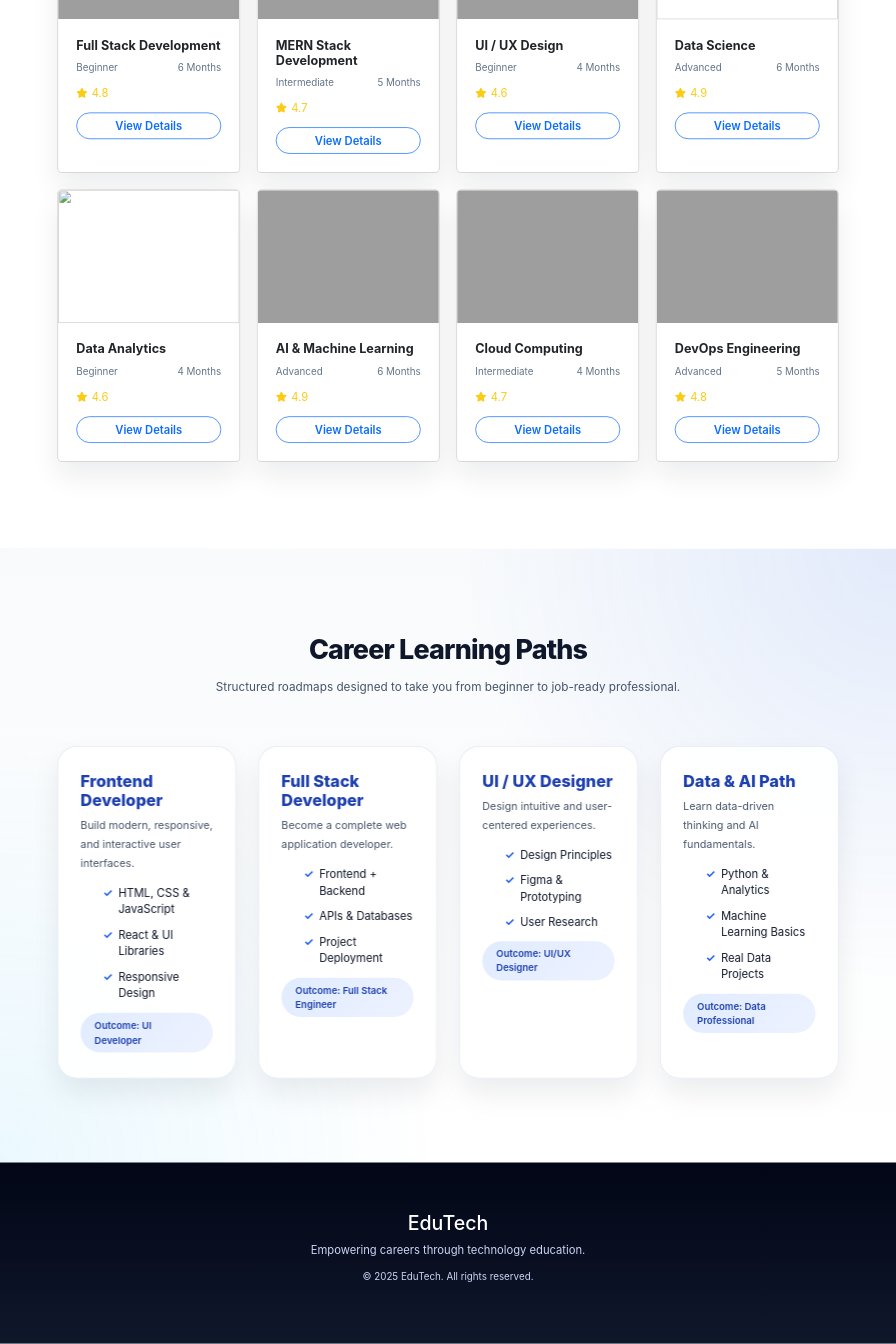
Repository: Aswin74k/project-2
Page: /
The author's editor kept a copy of each file at every save. The page is drawn from the files as they stood at one save, then again after the next save.
The browser window is 1280 px wide. The pictures show the part of the page from y = 1414 to 3334 px (the page is 3334 px tall before and 3075 px after), at 70% of full size.
Pictures or frames that could not be fetched are drawn as grey boxes. The project was rebuilt for these pictures with package versions that can differ from the ones it lists, and the page was loaded fresh each time. Also part of the build but not shown: vite.config.js, src/project/course.css, src/project/Course.jsx, src/project/About.css, src/project/About.jsx, src/project/Enroll.css, src/project/Enroll.jsx, src/project/contact.css and 2 more.

Above is the page before, as saved 2025-12-25 16:30:55.

### src/main.jsx
import React from "react";
import ReactDOM from "react-dom/client";
import { BrowserRouter } from "react-router-dom";
import App from "./project/App";
import { AuthProvider } from "./context/AuthContext"; // ✅ ADD THIS
import "bootstrap/dist/css/bootstrap.min.css";

ReactDOM.createRoot(document.getElementById("root")).render(
  <React.StrictMode>
    <BrowserRouter>
      <AuthProvider>
        <App />
      </AuthProvider>
    </BrowserRouter>
  </React.StrictMode>
);

### src/project/App.jsx
import React from "react";
import { Routes, Route } from "react-router-dom";

import EduNavbar from "./EduNavbar";
import Home from "./Home";
import Course from "./Course";
import About from "./About";
import Enroll from "./Enroll";
import Contact from "./Contact";
import ProtectedRoute from "./ProtectedRoute";

export default function App() {
  return (
    <>
      <EduNavbar />

      <Routes>
        <Route path="/" element={<Home />} />
        <Route path="/courses/:id" element={<Course />} />
        <Route path="/about" element={<About />} />
        <Route path="/Contact" element={<Contact />} />


        <Route
          path="/enroll"
          element={
            <ProtectedRoute>
              <Enroll />
            </ProtectedRoute>
          }
        />
      </Routes>
    </>
  );
}

### src/context/AuthContext.jsx
import { createContext, useContext, useState, useEffect } from "react";

const AuthContext = createContext();

export function AuthProvider({ children }) {
  const [user, setUser] = useState(null);
  const [loading, setLoading] = useState(true);

  useEffect(() => {
    const savedUser = JSON.parse(
      localStorage.getItem("loggedInUser")
    );
    if (savedUser) setUser(savedUser);
    setLoading(false);
  }, []);

  const login = (email, password) => {
    const users =
      JSON.parse(localStorage.getItem("registeredUsers")) || [];

    const foundUser = users.find(
      (u) => u.email === email && u.password === password
    );

    if (!foundUser) {
      return { success: false, message: "Invalid email or password" };
    }

    localStorage.setItem(
      "loggedInUser",
      JSON.stringify(foundUser)
    );
    setUser(foundUser);

    return {
      success: true,
      message: `Welcome back, ${foundUser.firstName}`,
    };
  };

  const signup = (data) => {
    const users =
      JSON.parse(localStorage.getItem("registeredUsers")) || [];

    if (users.some((u) => u.email === data.email)) {
      return {
        success: false,
        message: "User already exists with this email!",
      };
    }

    users.push(data);
    localStorage.setItem(
      "registeredUsers",
      JSON.stringify(users)
    );

    localStorage.setItem(
      "loggedInUser",
      JSON.stringify(data)
    );
    setUser(data);

    return {
      success: true,
      message: "Account created successfully",
    };
  };

  const logout = () => {
    localStorage.removeItem("loggedInUser");
    setUser(null);
  };

  return (
    <AuthContext.Provider
      value={{ user, login, signup, logout, loading }}
    >
      {children}
    </AuthContext.Provider>
  );
}

export const useAuth = () => useContext(AuthContext);

### src/project/Home.jsx
import React from "react";
import { Container, Row, Col, Card } from "react-bootstrap";
import { Link } from "react-router-dom";
import {
  FaGraduationCap,
  FaUsers,
  FaChalkboardTeacher,
  FaBriefcase,
  FaStar,
} from "react-icons/fa";
import "./Home.css";

export default function Home() {
  const courses = [
    {
      id: "fullstack",
      title: "Full Stack Development",
      level: "Beginner",
      duration: "6 Months",
      rating: "4.8",
      img: "https://encrypted-tbn0.gstatic.com/images?q=tbn:ANd9GcQPaNXGBezXv5c0v_XSQ6pqOScRBb2ShM3IWg&s",
    },
    {
      id: "mern",
      title: "MERN Stack Development",
      level: "Intermediate",
      duration: "5 Months",
      rating: "4.7",
      img: "https://images.prismic.io/loco-blogs/79328284-f97b-489f-924c-eb3b17e34b56_image2.png",
    },
    {
      id: "uiux",
      title: "UI / UX Design",
      level: "Beginner",
      duration: "4 Months",
      rating: "4.6",
      img: "https://www.almondsolutions.com/images/blog-ui-ux-150223.jpg",
    },
    {
      id: "datascience",
      title: "Data Science",
      level: "Advanced",
      duration: "6 Months",
      rating: "4.9",
      img: "https://bernardmarr.com/wp-content/uploads/2022/11/The-Top-5-Data-Science-And-Analytics-Trends-In-2023.jpg",
    },
    {
      id: "dataanalytics",
      title: "Data Analytics",
      level: "Beginner",
      duration: "4 Months",
      rating: "4.6",
      img: "https://blog.herzing.ca/hubfs/data%20analytics.jpg",
    },
    {
      id: "aiml",
      title: "AI & Machine Learning",
      level: "Advanced",
      duration: "6 Months",
      rating: "4.9",
      img: "https://www.jellyfishtechnologies.com/wp-content/uploads/2021/10/Artificial-Intelligence-versus-Machine-Learning.png",
    },
    {
      id: "cloud",
      title: "Cloud Computing",
      level: "Intermediate",
      duration: "4 Months",
      rating: "4.7",
      img: "https://bernardmarr.com/img/The%205%20Biggest%20Cloud%20Computing%20Trends%20In%202021.jpg",
    },
    {
      id: "devops",
      title: "DevOps Engineering",
      level: "Advanced",
      duration: "5 Months",
      rating: "4.8",
      img: "https://www.itrainu.in/wp-content/uploads/2021/03/DEVOPS-1.jpg",
    },
  ];

  return (
    <div className="home">
      <section className="hero-section">
        <Container>
          <div className="hero-content">
            <h1>
              Learn Future-Ready Skills with <span>EduTech</span>
            </h1>
            <p>
              Industry-aligned courses, real-world projects, and expert mentors
              to accelerate your career.
            </p>

            <div className="hero-actions">

              <Link to="/about" className="btn btn-outline-light btn-lg">
                Learn More
              </Link>
            </div>
          </div>
        </Container>
      </section>

     {/* STATS */}
<section className="stats-section">
  <Container>
    <Row className="g-4">
      <Col xs={12} sm={6} lg={3}>
        <div className="stat-box">
          <FaUsers />
          <h3>25K+</h3>
          <p>Active Learners</p>
        </div>
      </Col>

      <Col xs={12} sm={6} lg={3}>
        <div className="stat-box">
          <FaGraduationCap />
          <h3>8+</h3>
          <p>Industry-Focused Courses</p>
        </div>
      </Col>

      <Col xs={12} sm={6} lg={3}>
        <div className="stat-box">
          <FaChalkboardTeacher />
          <h3>50+</h3>
          <p>Expert Mentors</p>
        </div>
      </Col>

      <Col xs={12} sm={6} lg={3}>
        <div className="stat-box">
          <FaBriefcase />
          <h3>100+</h3>
          <p>Real-World Projects</p>
        </div>
      </Col>
    </Row>
  </Container>
</section>


      <section className="courses-section">
        <Container>
          <h2 className="section-title">Popular Courses</h2>

          <Row>
            {courses.map((course, index) => (
              <Col lg={3} md={4} sm={6} key={index} className="mb-4">
                <Card className="course-card h-100">
                  <Card.Img
                    variant="top"
                    src={course.img}
                    className="course-img"
                  />

                  <Card.Body>
                    <Card.Title>{course.title}</Card.Title>

                    <div className="course-meta">
                      <span>{course.level}</span>
                      <span>{course.duration}</span>
                    </div>

                    <div className="course-rating">
                      <FaStar />
                      <span>{course.rating}</span>
                    </div>

                    <Link
                      to={`/courses/${course.id}`}
                      className="btn btn-outline-primary w-100 mt-3"
                    >
                      View Details
                    </Link>
                  </Card.Body>
                </Card>
              </Col>
            ))}
          </Row>
        </Container>
      </section>


<section className="paths-section">
  <div className="container">
    <h2 className="section-title">Career Learning Paths</h2>
    <p className="section-subtitle">
      Structured roadmaps designed to take you from beginner to job-ready professional.
    </p>

    <div className="paths-grid">

      <div className="path-card">
        <h4>Frontend Developer</h4>
        <p>Build modern, responsive, and interactive user interfaces.</p>

        <ul>
          <li>HTML, CSS & JavaScript</li>
          <li>React & UI Libraries</li>
          <li>Responsive Design</li>
        </ul>

        <div className="path-outcome">Outcome: UI Developer</div>
      </div>

      <div className="path-card">
        <h4>Full Stack Developer</h4>
        <p>Become a complete web application developer.</p>

        <ul>
          <li>Frontend + Backend</li>
          <li>APIs & Databases</li>
          <li>Project Deployment</li>
        </ul>

        <div className="path-outcome">Outcome: Full Stack Engineer</div>
      </div>

      <div className="path-card">
        <h4>UI / UX Designer</h4>
        <p>Design intuitive and user-centered experiences.</p>

        <ul>
          <li>Design Principles</li>
          <li>Figma & Prototyping</li>
          <li>User Research</li>
        </ul>

        <div className="path-outcome">Outcome: UI/UX Designer</div>
      </div>

      <div className="path-card">
        <h4>Data & AI Path</h4>
        <p>Learn data-driven thinking and AI fundamentals.</p>

        <ul>
          <li>Python & Analytics</li>
          <li>Machine Learning Basics</li>
          <li>Real Data Projects</li>
        </ul>

        <div className="path-outcome">Outcome: Data Professional</div>
      </div>

    </div>
  </div>
</section>



      <footer className="footer">
        <Container className="text-center">
          <h3>EduTech</h3>
          <p>Empowering careers through technology education.</p>
          <p className="copy">
            © 2025 EduTech. All rights reserved.
          </p>
        </Container>
      </footer>
    </div>
  );
}

### src/project/Navbar.css
/* ================= ROOT VARIABLES ================= */
:root {
  --primary: #111827;
  --primary-soft: rgba(17, 24, 39, 0.08);
  --danger: #ef4444;
  --success: #22c55e;

  --text-dark: #000000;
  --text-muted: #6b7280;

  --border-light: #e5e7eb;
  --bg-white: #ffffff;
}

/* ================= NAVBAR ================= */
.navbar {
  background: var(--bg-white);
  padding: 14px 0;
  border-bottom: 1px solid var(--border-light);
  transition: all 0.3s ease;
  z-index: 1000;
}

.navbar-scrolled {
  box-shadow: 0 10px 30px rgba(0, 0, 0, 0.08);
}

/* ================= BRAND ================= */
.navbar-brand {
  font-size: 1.6rem;
  font-weight: 900;
  color: var(--text-dark) !important;
}

/* ================= NAV LINKS ================= */
.navbar-nav .nav-link {
  color: var(--text-dark) !important;
  font-weight: 600;
  font-size: 0.95rem;
  padding: 8px 14px;
  position: relative;
}

.navbar-nav .nav-link::after {
  content: "";
  position: absolute;
  left: 50%;
  bottom: 2px;
  width: 0;
  height: 2px;
  background: var(--text-dark);
  transform: translateX(-50%);
  transition: width 0.3s ease;
}

.navbar-nav .nav-link:hover::after {
  width: 70%;
}

/* ================= SEARCH ================= */
.custom-search {
  position: relative;
  width: 210px;
}

.custom-search input {
  width: 100%;
  padding: 10px 42px 10px 16px;
  border-radius: 999px;
  border: 1px solid var(--border-light);
  background: #e4e5e6;
  font-size: 0.9rem;
}

.custom-search svg {
  position: absolute;
  right: 14px;
  top: 50%;
  transform: translateY(-50%);
  color: var(--text-muted);
}

/* ================= USER ================= */
.username {
  background: var(--primary-soft);
  color: var(--text-dark);
  padding: 6px 14px;
  border-radius: 999px;
  font-size: 0.85rem;
  font-weight: 600;
}

.user-icon {
  font-size: 22px;
  color: var(--text-dark);
  cursor: pointer;
}

/* ================= LOGOUT ICON ================= */
.logout-icon {
  font-size: 24px;
  color: var(--text-dark);
  cursor: pointer;
}

.logout-icon:hover {
  color: var(--danger);
}

/* ================= MODALS ================= */
.modal-content {
  border-radius: 22px;
  border: none;
  box-shadow: 0 30px 90px rgba(0, 0, 0, 0.25);
  padding: 20px;
}

.modal-header {
  border-bottom: 1px solid var(--border-light);
}

.modal-title {
  font-weight: 700;
}

.modal-body {
  padding: 28px 32px 32px;
}

/* ================= AUTH INPUT (IMAGE MATCHED) ================= */
.auth-input {
  width: 100%;
  height: 56px;
  border-radius: 16px;
  border: 1.5px solid #d1d5db;
  padding: 14px 18px;
  font-size: 1rem;
  margin-bottom: 18px;
  background: #ffffff;
}

.auth-input:focus {
  outline: none;
  border-color: #6366f1;
  box-shadow: 0 0 0 2px rgba(99, 102, 241, 0.25);
}

/* ================= PASSWORD ================= */
.password-wrapper {
  position: relative;
}

.password-wrapper span {
  position: absolute;
  right: 18px;
  top: 40%;
  transform: translateY(-50%);
  font-size: 18px;
  color: var(--text-muted);
  cursor: pointer;
}

/* ================= NAME ROW (SIGNUP) ================= */
.name-row {
  display: grid;
  grid-template-columns: 1fr 1fr;
  gap: 18px;
  margin-bottom: 18px;
}

/* ================= AUTH BUTTON ================= */
.auth-btn {
  width: 100%;
  height: 56px;
  border-radius: 16px;
  background: var(--text-dark);
  border: none;
  color: #fff;
  font-size: 1.05rem;
  font-weight: 600;
  margin-top: 8px;
}

.auth-btn:hover {
  opacity: 0.9;
}

/* ================= AUTH FOOTER ================= */
.auth-footer {
  margin-top: 16px;
  text-align: center;
  font-size: 0.9rem;
  color: var(--text-muted);
}

.auth-footer span {
  color: var(--text-dark);
  font-weight: 600;
  cursor: pointer;
}

/* ================= LOGOUT MODAL ================= */
.logout-modal .logout-icon-wrapper {
  width: 64px;
  height: 64px;
  background: rgba(0, 0, 0, 0.08);
  color: var(--danger);
  border-radius: 50%;
  display: flex;
  align-items: center;
  justify-content: center;
  font-size: 28px;
  margin: 0 auto 16px;
}

.logout-actions {
  display: flex;
  gap: 14px;
  justify-content: center;
}

.logout-cancel {
  padding: 10px 22px;
  border-radius: 14px;
  border: 2px solid var(--text-dark);
  background: transparent;
  font-weight: 600;
}

.logout-confirm {
  padding: 10px 22px;
  border-radius: 14px;
  background: var(--danger);
  border: none;
  color: #fff;
  font-weight: 600;
}

/* ================= MOBILE ================= */
@media (max-width: 768px) {
  .navbar-collapse {
    background: #ffffff;
    padding: 18px;
    border-radius: 16px;
    margin-top: 10px;
  }

  .custom-search {
    width: 100%;
    margin-top: 12px;
  }

  .name-row {
    grid-template-columns: 1fr;
  }
}

/* ================= AUTH MESSAGES (FINAL POLISH) ================= */
.modal-message {
  padding: 14px 18px;
  border-radius: 14px;
  font-size: 0.9rem;
  font-weight: 600;
  text-align: center;
  margin-bottom: 18px;
  line-height: 1.4;
  animation: messageFade 0.25s ease-in-out;
}

/* SUCCESS */
.modal-message.success {
  background: rgba(34, 197, 94, 0.14);
  color: #15803d;
  border: 1.5px solid rgba(34, 197, 94, 0.35);
}

/* ERROR */
.modal-message.error {
  background: rgba(239, 68, 68, 0.14);
  color: #b91c1c;
  border: 1.5px solid rgba(239, 68, 68, 0.35);
}

/* subtle animation */
@keyframes messageFade {
  from {
    opacity: 0;
    transform: translateY(-6px);
  }
  to {
    opacity: 1;
    transform: translateY(0);
  }
}

### src/project/Home.css
/* =========================
   DESIGN TOKENS
========================= */
:root {
  --primary: #2563eb;
  --primary-dark: #1e40af;
  --accent: #38bdf8;
  --text-main: #0f172a;
  --text-muted: #475569;
  --bg-light: #f8fafc;
  --glass: rgba(255, 255, 255, 0.92);
  --radius-lg: 24px;
  --radius-md: 16px;
  --shadow-soft: 0 20px 40px rgba(15, 23, 42, 0.08);
  --shadow-strong: 0 30px 70px rgba(15, 23, 42, 0.18);
}

/* =========================
   BASE
========================= */
.home {
  font-family: "Inter", "Segoe UI", system-ui, sans-serif;
  color: var(--text-main);
  background: #ffffff;
  overflow-x: hidden;
}

/* =========================
   SECTION HEADINGS
========================= */
.section-title {
  text-align: center;
  font-size: clamp(2.2rem, 3vw, 2.8rem);
  font-weight: 800;
  letter-spacing: -0.03em;
  margin-bottom: 16px;
}

.section-subtitle {
  text-align: center;
  max-width: 720px;
  margin: 0 auto 70px;
  font-size: 1.05rem;
  color: var(--text-muted);
  line-height: 1.8;
}

/* =========================
   HERO SECTION (PREMIUM)
========================= */
.hero-section {
  min-height: 95vh;
  background:
    linear-gradient(
      120deg,
      rgba(15, 23, 42, 0.92),
      rgba(15, 23, 42, 0.85)
    ),
    url("https://images.unsplash.com/photo-1523240795612-9a054b0db644");
  background-size: cover;
  background-position: center;
  display: flex;
  align-items: center;
}

.hero-content {
  max-width: 860px;
  margin: auto;
  text-align: center;
  color: #ffffff;
}

.hero-content h1 {
  font-size: clamp(2.6rem, 4vw, 3.6rem);
  font-weight: 900;
  line-height: 1.15;
  margin-bottom: 24px;
}

.hero-content span {
  background: linear-gradient(90deg, #38bdf8, #2563eb);
  -webkit-background-clip: text;
  -webkit-text-fill-color: transparent;
}

.hero-content p {
  font-size: 1.15rem;
  line-height: 1.8;
  color: #e5e7eb;
  margin-bottom: 42px;
}

.hero-actions {
  display: flex;
  justify-content: center;
  gap: 22px;
}

.hero-actions .btn {
  padding: 14px 36px;
  font-size: 17px;
  border-radius: 999px;
  font-weight: 600;
  transition: all 0.35s ease;
}

.hero-actions .btn-primary {
  background: linear-gradient(135deg, var(--primary), var(--accent));
  border: none;
}

.hero-actions .btn-primary:hover {
  transform: translateY(-3px);
  box-shadow: var(--shadow-soft);
}

.hero-actions .btn-outline-light:hover {
  background: rgba(255, 255, 255, 0.12);
}

/* =========================
   STATS
========================= */
.stats-section {
  padding: 90px 0;
  background: var(--bg-light);
}

.stat-box {
  background: #ffffff;
  padding: 42px 26px;
  text-align: center;
  border-radius: var(--radius-md);
  box-shadow: var(--shadow-soft);
  transition: all 0.35s ease;
}

.stat-box:hover {
  transform: translateY(-10px);
  box-shadow: var(--shadow-strong);
}

.stat-box svg {
  font-size: 38px;
  color: var(--primary);
  margin-bottom: 18px;
}

.stat-box h3 {
  font-size: 32px;
  font-weight: 800;
}

.stat-box p {
  font-size: 15px;
  color: #64748b;
}

/* =========================
   COURSES
========================= */
.courses-section {
  padding: 100px 0;
}

.course-card {
  border-radius: var(--radius-lg);
  overflow: hidden;
  background: #ffffff;
  box-shadow: var(--shadow-soft);
  transition: all 0.4s ease;
}

.course-card:hover {
  transform: translateY(-10px);
  box-shadow: var(--shadow-strong);
}

.course-img {
  height: 190px;
  object-fit: cover;
}

.course-card .card-body {
  padding: 26px;
}

.course-card .card-title {
  font-size: 18px;
  font-weight: 700;
  margin-bottom: 10px;
}

.course-meta {
  display: flex;
  justify-content: space-between;
  font-size: 14px;
  color: #64748b;
  margin-bottom: 14px;
}

.course-rating {
  display: flex;
  align-items: center;
  gap: 6px;
  color: #facc15;
}

.course-card .btn {
  border-radius: 999px;
  font-weight: 600;
}

/* =========================
   CAREER PATHS (GLASS UI)
========================= */
.paths-section {
  padding: 120px 0;
  background:
    radial-gradient(circle at top right, rgba(37, 99, 235, 0.1), transparent 40%),
    radial-gradient(circle at bottom left, rgba(56, 189, 248, 0.1), transparent 40%),
    linear-gradient(180deg, #f8fafc, #ffffff);
}

.paths-grid {
  display: grid;
  grid-template-columns: repeat(4, 1fr);
  gap: 32px;
}

.path-card {
  background: var(--glass);
  border-radius: 28px;
  padding: 36px 32px;
  box-shadow: var(--shadow-soft);
  backdrop-filter: blur(14px);
  border: 1px solid rgba(226, 232, 240, 0.9);
  transition: all 0.4s ease;
}

.path-card:hover {
  transform: translateY(-14px);
  box-shadow: var(--shadow-strong);
  border-color: rgba(37, 99, 235, 0.35);
}

.path-card h4 {
  font-size: 1.45rem;
  font-weight: 800;
  color: var(--primary-dark);
}

.path-card p {
  font-size: 0.96rem;
  color: var(--text-muted);
  line-height: 1.75;
}

.path-card ul li {
  list-style: none;
  margin-bottom: 12px;
  padding-left: 22px;
  position: relative;
}

.path-card ul li::before {
  content: "✓";
  position: absolute;
  left: 0;
  color: var(--primary);
  font-weight: 700;
}

.path-outcome {
  margin-top: auto;
  padding: 8px 20px;
  border-radius: 999px;
  font-size: 0.85rem;
  font-weight: 600;
  background: linear-gradient(135deg, #e0ecff, #eef2ff);
  color: var(--primary-dark);
}

/* =========================
   FOOTER
========================= */
.footer {
  background: linear-gradient(180deg, #020617, #0f172a);
  color: #ffffff;
  padding: 70px 20px;
}

.footer p {
  color: #cbd5f5;
}

.copy {
  font-size: 14px;
  color: #94a3b8;
}

/* =========================
   RESPONSIVE
========================= */
@media (max-width: 1200px) {
  .paths-grid { grid-template-columns: repeat(3, 1fr); }
}

@media (max-width: 992px) {
  .paths-grid { grid-template-columns: repeat(2, 1fr); }
}

@media (max-width: 576px) {
  .paths-grid { grid-template-columns: 1fr; }
  .hero-actions { flex-direction: column; }
}

Loaded but not shown: index.html (common file); src/project/EduNavbar.jsx (341 lines, source omitted)

After the next save:
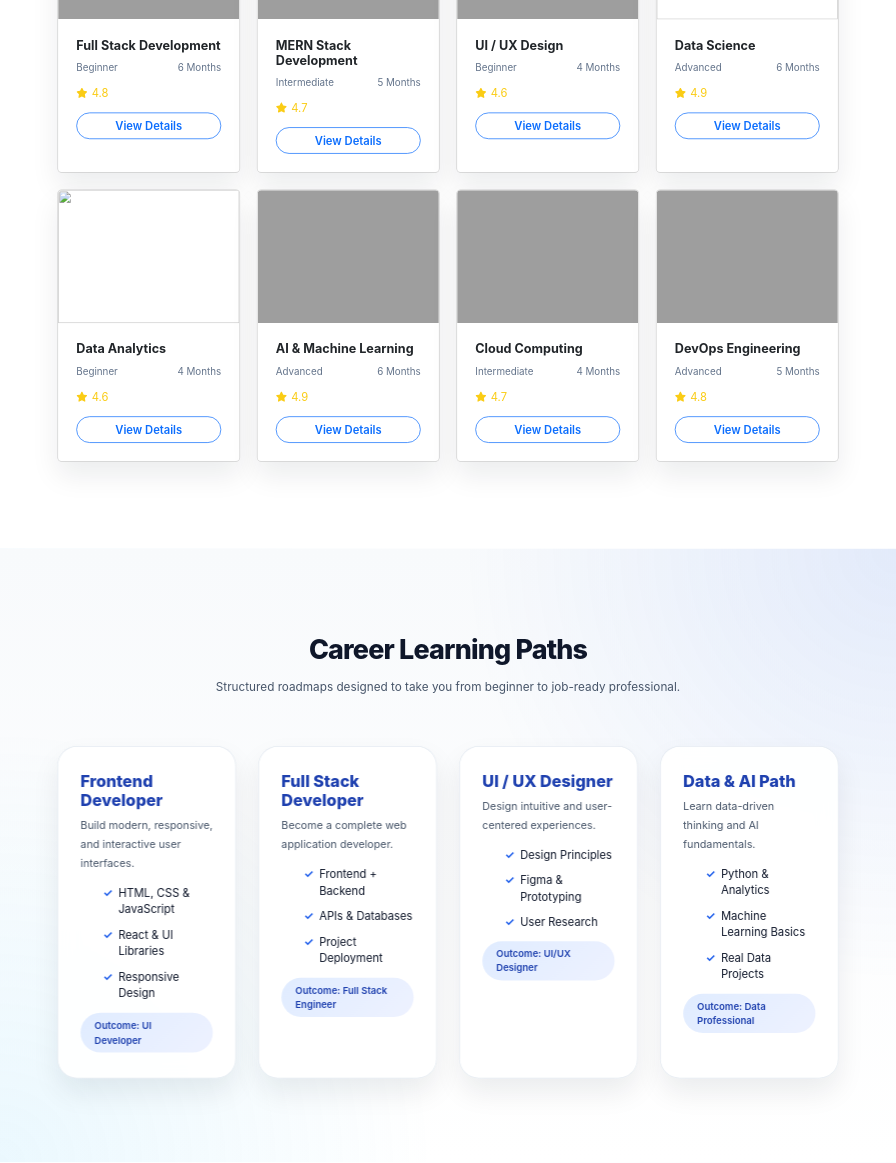
Saved 27 s later.
--- a/src/project/Home.jsx
+++ b/src/project/Home.jsx
@@ -250,15 +250,7 @@ export default function Home() {
 
 
 
-      <footer className="footer">
-        <Container className="text-center">
-          <h3>EduTech</h3>
-          <p>Empowering careers through technology education.</p>
-          <p className="copy">
-            © 2025 EduTech. All rights reserved.
-          </p>
-        </Container>
-      </footer>
+
     </div>
   );
 }
